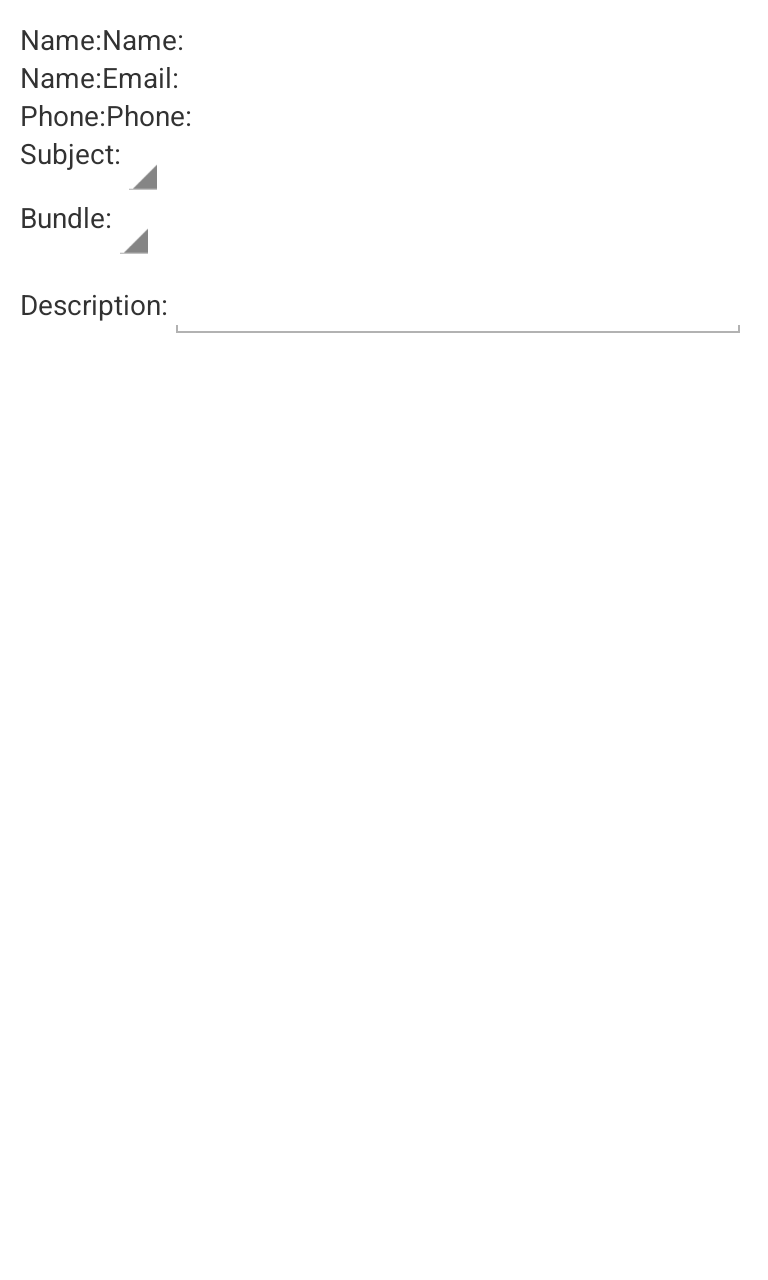
Repository: Pradeep-appstute/First
Layout: Control/res/layout/fragment_submit.xml
An editor plug-in stored every save of this project. The layout is shown before and after the next save, followed by the edit.
It is drawn on a 768 x 1280 px phone screen (xhdpi) without system bars, with theme AppTheme; the app's code is not run.

Above is the layout before, as saved 2014-02-24 11:36:44.

After the next save:
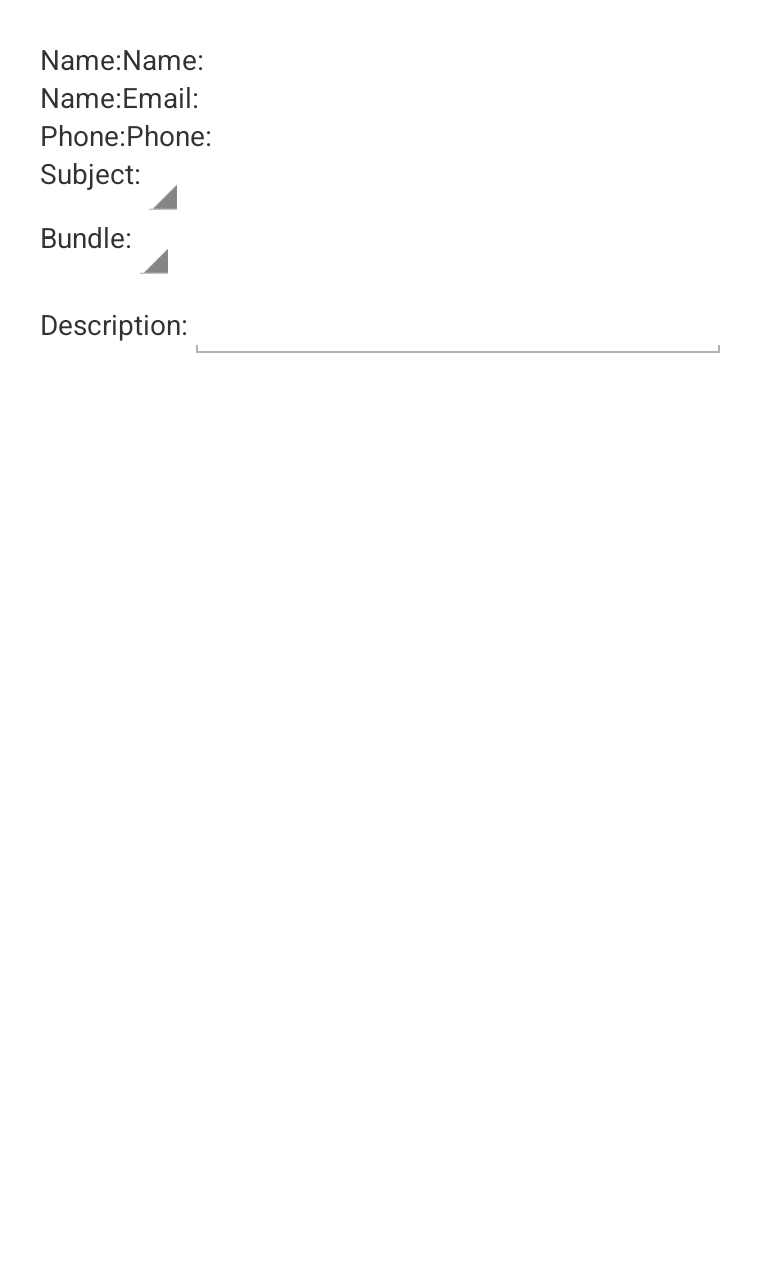
Saved 10 s later.
--- a/Control/res/layout/fragment_submit.xml
+++ b/Control/res/layout/fragment_submit.xml
@@ -3,7 +3,7 @@
     android:layout_width="match_parent"
     android:layout_height="match_parent"
     android:orientation="vertical"
-    android:padding="10dip"
+    android:padding="20dip"
     >
 
     <LinearLayout
